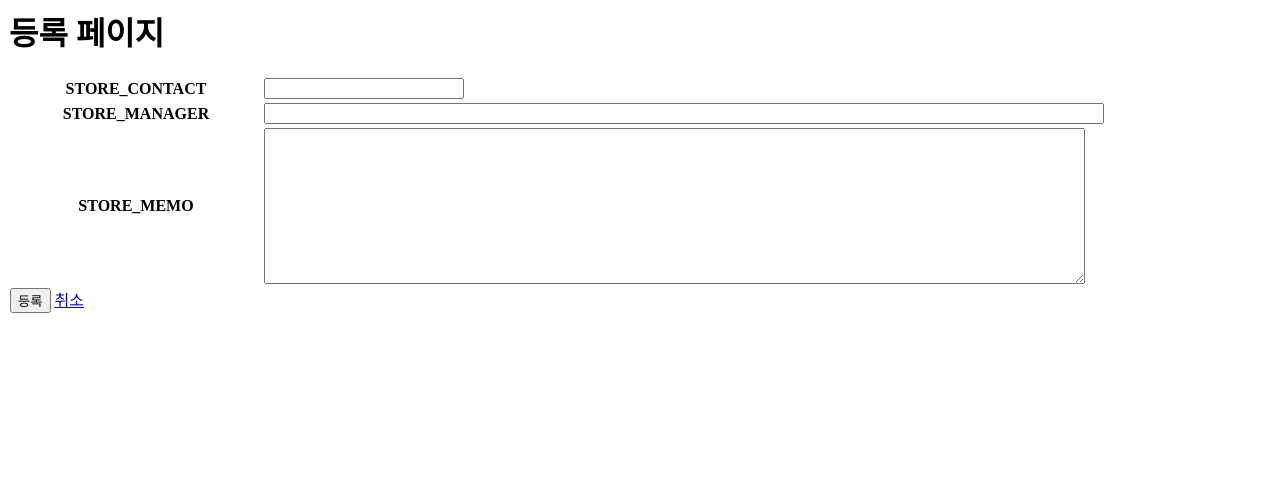
Repository: 2022-kh-final-mothlymoon/moon-back
Page: http://localhost/sellermoon/store/create.jsp
An editor plug-in stored every save of this project. The page is shown before and after the next save, followed by the edit.
The browser window is 1280 px wide. The pictures show the whole page.
The page is served by Tomcat 9. Other server files are loaded and not shown.

Above is the page before, as saved 2022-10-20 17:30:09.

### sellermoon/src/main/webapp/store/create.jsp
<%@ page language="java" contentType="text/html; charset=UTF-8"
	pageEncoding="UTF-8"%>
<%@ taglib uri="http://java.sun.com/jsp/jstl/core" prefix="c"%>
<%@ taglib uri="http://java.sun.com/jsp/jstl/fmt" prefix="fmt"%>


<div class="row" style="margin-bottom: 20px; margin-left: 1px;">
	<div class="col-lg-12">
		<h1 class="page-header">등록 페이지</h1>
	</div>
</div>
<div class="panel" style="margin-left: 1px;">
   <div id="contAreaBox">
      <div class="panel">
         <div class="panel-body">
            <form role="form" action="/board/create_action" method="post">
               <div class="table-responsive" style="text-align: center;">
                  <table id="datatable-scroller"
                     class="table table-bordered tbl_Form">
                     <caption></caption>
                     <colgroup>
                        <col width="250px" />
                        <col />
                     </colgroup>
                     <tbody>
                        <tr>
                           <th class="active">STORE_CONTACT</th>
                           <td class="form-inline"><input type="text"
                              id="STORE_CONTACT" name="STORE_CONTACT" class="form-control"
                              style="width: 200px" /></td>
                        </tr>
                        <tr>
                           <th class="active">STORE_MANAGER</th>
                           <td class="form-inline"><input type="text"
                              id="STORE_MANAGER" name="STORE_MANAGER" class="form-control"
                              style="width: 840px" /></td>
                        </tr>
                        <tr>
                           <th class="active">STORE_MEMO</th>
                           <td class="form-inline"><textarea id="STORE_MEMO"
                                 name="STORE_MEMO" cols="100" rows="10" class="form-control"></textarea></td>
                        </tr>
                     </tbody>
                  </table>
               </div>
               <div style="margin-left: 1px;">
                  <button type="submit" class="btn btn-primary">등록</button>
                  <a href="./storeList" class="btn btn-danger">취소</a>
               </div>
            </form>
         </div>
      </div>
   </div>
</div>

After the next save:
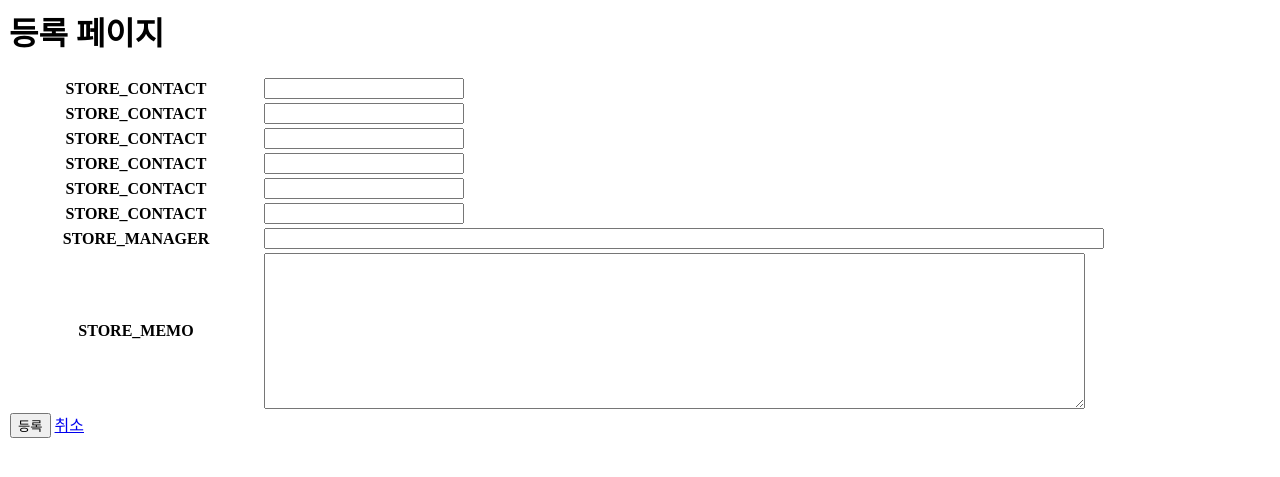
Saved 4 min 49 s later.
--- a/sellermoon/src/main/webapp/store/create.jsp
+++ b/sellermoon/src/main/webapp/store/create.jsp
@@ -10,45 +10,79 @@
 	</div>
 </div>
 <div class="panel" style="margin-left: 1px;">
-   <div id="contAreaBox">
-      <div class="panel">
-         <div class="panel-body">
-            <form role="form" action="/board/create_action" method="post">
-               <div class="table-responsive" style="text-align: center;">
-                  <table id="datatable-scroller"
-                     class="table table-bordered tbl_Form">
-                     <caption></caption>
-                     <colgroup>
-                        <col width="250px" />
-                        <col />
-                     </colgroup>
-                     <tbody>
-                        <tr>
-                           <th class="active">STORE_CONTACT</th>
-                           <td class="form-inline"><input type="text"
-                              id="STORE_CONTACT" name="STORE_CONTACT" class="form-control"
-                              style="width: 200px" /></td>
-                        </tr>
-                        <tr>
-                           <th class="active">STORE_MANAGER</th>
-                           <td class="form-inline"><input type="text"
-                              id="STORE_MANAGER" name="STORE_MANAGER" class="form-control"
-                              style="width: 840px" /></td>
-                        </tr>
-                        <tr>
-                           <th class="active">STORE_MEMO</th>
-                           <td class="form-inline"><textarea id="STORE_MEMO"
-                                 name="STORE_MEMO" cols="100" rows="10" class="form-control"></textarea></td>
-                        </tr>
-                     </tbody>
-                  </table>
-               </div>
-               <div style="margin-left: 1px;">
-                  <button type="submit" class="btn btn-primary">등록</button>
-                  <a href="./storeList" class="btn btn-danger">취소</a>
-               </div>
-            </form>
-         </div>
-      </div>
-   </div>
+	<div id="contAreaBox">
+		<div class="panel">
+			<div class="panel-body">
+				<form role="form" action="/board/create_action" method="post">
+					<div class="table-responsive" style="text-align: center;">
+						<table id="datatable-scroller"
+							class="table table-bordered tbl_Form">
+							<caption></caption>
+							<colgroup>
+								<col width="250px" />
+								<col />
+							</colgroup>
+							<tbody>
+								<tr>
+									<input type="hidden" id="STORE_NO" name="STORE_NO" value="0">
+									<input type="hidden" id="MD_NO" name="MD_NO" value="1">
+									<input type="hidden" id="b_pos" name="b_pos" value="0">
+									<input type="hidden" id="b_step" name="b_step" value="0">
+									<th class="active">STORE_CONTACT</th>
+									<td class="form-inline"><input type="text"
+										id="STORE_CONTACT" name="STORE_CONTACT" class="form-control"
+										style="width: 200px" /></td>
+								</tr>
+								<tr>
+									<th class="active">STORE_CONTACT</th>
+									<td class="form-inline"><input type="text"
+										id="STORE_CONTACT" name="STORE_CONTACT" class="form-control"
+										style="width: 200px" /></td>
+								</tr>
+								<tr>
+									<th class="active">STORE_CONTACT</th>
+									<td class="form-inline"><input type="text"
+										id="STORE_CONTACT" name="STORE_CONTACT" class="form-control"
+										style="width: 200px" /></td>
+								</tr>
+								<tr>
+									<th class="active">STORE_CONTACT</th>
+									<td class="form-inline"><input type="text"
+										id="STORE_CONTACT" name="STORE_CONTACT" class="form-control"
+										style="width: 200px" /></td>
+								</tr>
+								<tr>
+									<th class="active">STORE_CONTACT</th>
+									<td class="form-inline"><input type="text"
+										id="STORE_CONTACT" name="STORE_CONTACT" class="form-control"
+										style="width: 200px" /></td>
+								</tr>
+								<tr>
+									<th class="active">STORE_CONTACT</th>
+									<td class="form-inline"><input type="text"
+										id="STORE_CONTACT" name="STORE_CONTACT" class="form-control"
+										style="width: 200px" /></td>
+								</tr>
+								<tr>
+									<th class="active">STORE_MANAGER</th>
+									<td class="form-inline"><input type="text"
+										id="STORE_MANAGER" name="STORE_MANAGER" class="form-control"
+										style="width: 840px" /></td>
+								</tr>
+								<tr>
+									<th class="active">STORE_MEMO</th>
+									<td class="form-inline"><textarea id="STORE_MEMO"
+											name="STORE_MEMO" cols="100" rows="10" class="form-control"></textarea></td>
+								</tr>
+							</tbody>
+						</table>
+					</div>
+					<div style="margin-left: 1px;">
+						<button type="submit" class="btn btn-primary">등록</button>
+						<a href="./storeList" class="btn btn-danger">취소</a>
+					</div>
+				</form>
+			</div>
+		</div>
+	</div>
 </div>
